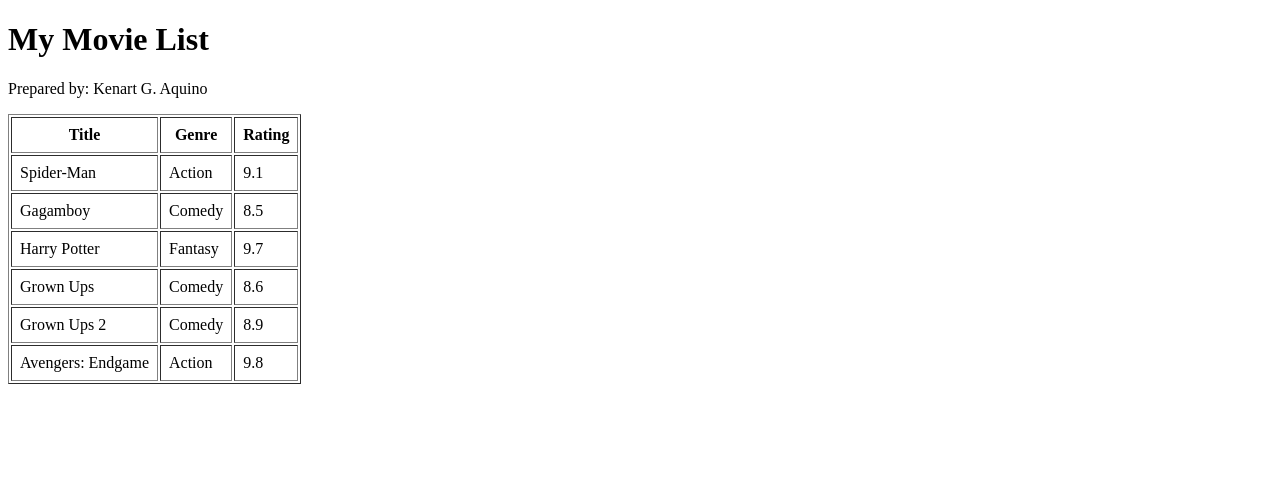
Repository: aquinokenart-dev/itrackb4-la3-Aquino-Kenart
Page: http://localhost/movies
The author's editor kept a copy of each file at every save. The page is drawn from the files as they stood at one save, then again after the next save.
The browser window is 1280 px wide. The pictures show the whole page.
The page is served by the project's Laravel application, run on PHP 8.4 with Laravel 12. Other server files are loaded and not shown.

Above is the page before, as saved 2026-09-03 15:20:10.

### routes/web.php
<?php

use Illuminate\Support\Facades\Route;
use App\Http\Controllers\MovieController;

Route::get('/whoami', function () {
    return 'Kenart G. Aquino | 2023-70307 | Block 4C | ITRACKB4 Laravel 12';
});

Route::get('/movies', [MovieController::class, 'index'])->name('movies.index');

Route::get('/movies/featured', [MovieController::class, 'featured'])->name('movies.featured');

Route::get('/movies/filter/{genre?}', [MovieController::class, 'filter'])->name('movies.filter');

Route::get('/movies/{id}', [MovieController::class, 'show'])->name('movies.show');

### app/Http/Controllers/MovieController.php
<?php

namespace App\Http\Controllers;

use Illuminate\Http\Request;
use Illuminate\View\View;

class MovieController extends Controller
{
    public function index()
    {
        return view('movies.index', ['movies' => $this->movies()]);
    }

    public function show($id){
        $movies = $this->movies();
        if (!isset($movies[$id])) {
            abort(404);
        }

        return view('movies.show', ['movie' => $movies[$id]]);
    }

    public function filter($genre = null){
        $movies = $this->movies();
        if ($genre) {
            $movies = array_filter($movies, function ($movie) use ($genre) {
                return strtolower($movie['genre']) === strtolower($genre);
            });
        }

        return view('movies.filter', ['movies' => $movies,'activeGenre' => $genre]);
    }

    private function movies()
    {
        return [
            1 => ['id' => 1,'title' => 'Spider-Man','price' => 250,'genre' => 'Action','rating' => 9.1,'year' => 2002],
            2 => ['id' => 2,'title' => 'Gagamboy','price' => 200,'genre' => 'Comedy','rating' => 8.5,'year' => 2004],
            3 => ['id' => 3,'title' => 'Harry Potter','price' => 300,'genre' => 'Fantasy','rating' => 9.7,'year' => 2001],
            4 => ['id' => 4,'title' => 'Grown Ups','price' => 250,'genre' => 'Comedy','rating' => 8.6,'year' => 2010],
            5 => ['id' => 5,'title' => 'Grown Ups 2','price' => 250,'genre' => 'Comedy','rating' => 8.9,'year' => 2013],
            6 => ['id' => 6,'title' => 'Avengers: Endgame','price' => 350,'genre' => 'Action','rating' => 9.8,'year' => 2019],

        ];
    }
}

### resources/views/movies/index.blade.php
<!DOCTYPE html>
<html>
<head>
    <title>My Movie List</title>
</head>
<body>
    <h1>My Movie List</h1>
    <p>Prepared by: Kenart G. Aquino</p>

    <table border="1" cellpadding="8">
        <tr>
            <th>Title</th>
            <th>Genre</th>
            <th>Rating</th>
        </tr>

        @foreach ($movies as $movie)
            <tr>
                <td>{{ $movie['title'] }}</td>
                <td>{{ $movie['genre'] }}</td>
                <td>{{ $movie['rating'] }}</td>
            </tr>
        @endforeach
    </table>
</body>
</html>

Loaded but not shown: app/Http/Controllers/Controller.php (common file)

After the next save:
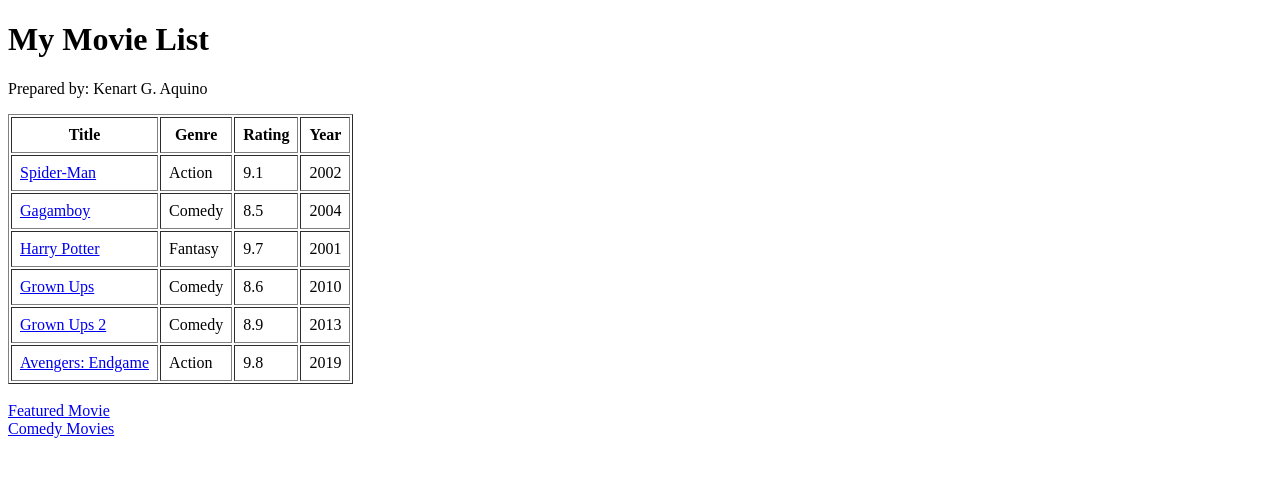
Saved 6 min 2 s later.
--- a/resources/views/movies/index.blade.php
+++ b/resources/views/movies/index.blade.php
@@ -3,24 +3,59 @@
 <head>
     <title>My Movie List</title>
 </head>
+
 <body>
+
     <h1>My Movie List</h1>
+
     <p>Prepared by: Kenart G. Aquino</p>
 
     <table border="1" cellpadding="8">
+
         <tr>
             <th>Title</th>
             <th>Genre</th>
             <th>Rating</th>
+            <th>Year</th>
         </tr>
 
         @foreach ($movies as $movie)
+
             <tr>
-                <td>{{ $movie['title'] }}</td>
-                <td>{{ $movie['genre'] }}</td>
-                <td>{{ $movie['rating'] }}</td>
+                <td>
+                    <a href="{{ route('movies.show', $movie['id']) }}">
+                        {{ $movie['title'] }}
+                    </a>
+                </td>
+
+                <td>
+                    {{ $movie['genre'] }}
+                </td>
+
+                <td>
+                    {{ $movie['rating'] }}
+                </td>
+
+                <td>
+                    {{ $movie['year'] }}
+                </td>
             </tr>
+
         @endforeach
+
     </table>
+
+    <br>
+
+    <a href="{{ route('movies.featured') }}">
+        Featured Movie
+    </a>
+
+    <br>
+
+    <a href="{{ route('movies.filter', 'Comedy') }}">
+        Comedy Movies
+    </a>
+
 </body>
 </html>
